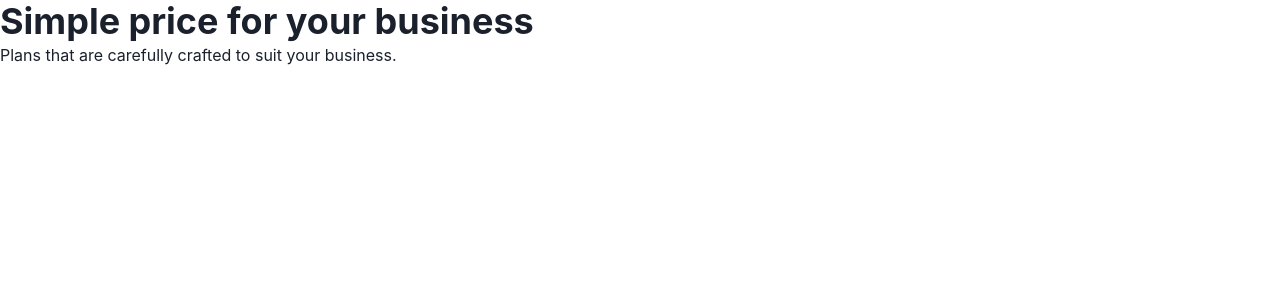
Repository: noutijo/learn-in-depth-chakra-ui
Page: /
An editor plug-in stored every save of this project. The page is shown before and after a run of saves, followed by the edit.
The browser window is 1280 px wide. The pictures show the whole page.
The project was rebuilt for these pictures with package versions that can differ from the ones it lists, and the page was loaded fresh each time. Also part of the build but not shown: vite.config.ts.

Above is the page before, as saved 2023-01-30 14:45:59.

After the next 2 saves:
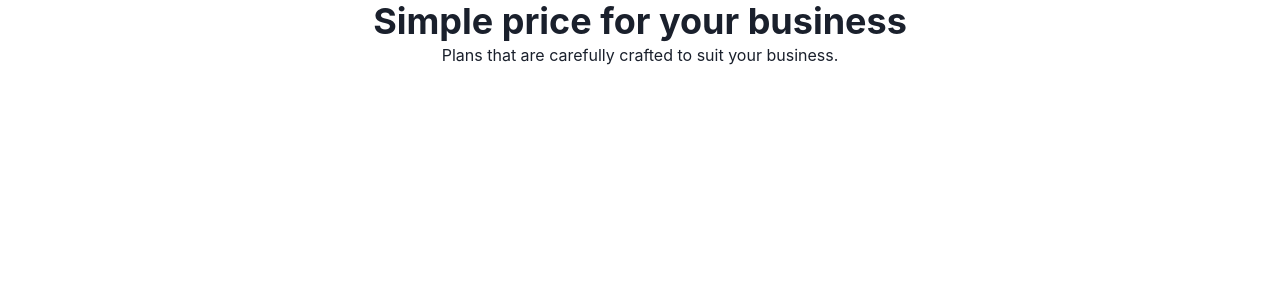
The 2 saves are shown as one change because they came seconds apart.
The last was saved 11 s later.
--- a/src/App.tsx
+++ b/src/App.tsx
@@ -5,7 +5,7 @@ import { Header } from "./components/Header";
 export default function App() {
   return (
     <div className="App">
-      <Box alig>
+      <Box align="center">
       <Header />
       </Box>
     </div>
